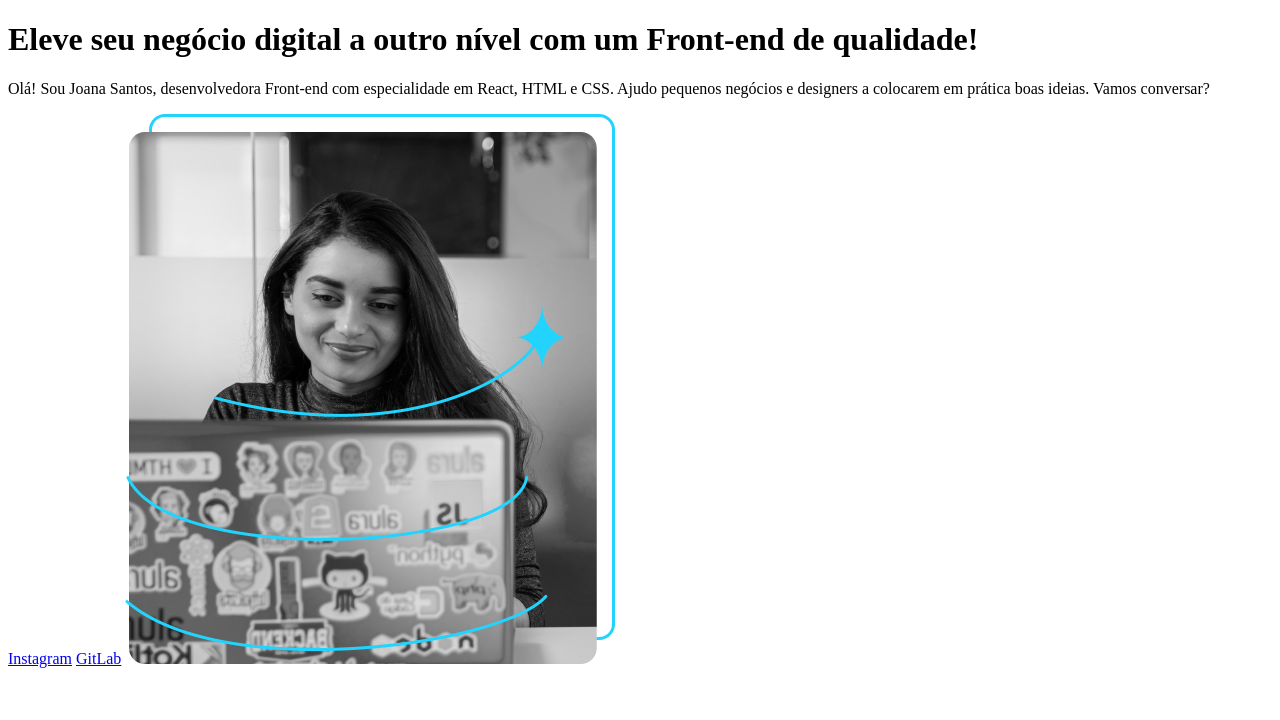
Repository: AnaFzCz/PROYECTOS-HTML---CSS2
Page: Portafolio/index.html
An editor plug-in stored every save of this project. The page is shown before and after the next save, followed by the edit.
The browser window is 1280 px wide. The pictures show the whole page.

Above is the page before, as saved 2025-01-21 06:35:11.

### Portafolio/index.html
<!DOCTYPE html>
<html lang="en">
<head>
    <meta charset="UTF-8">
    <meta http-equiv="X-UA-Compatible" content="IE=edge">
    <meta name="viewport" content="width=device-width, initial-scale=1.0">
    <title>Portafolio</title>
</head>
<body>
    <header>

    </header>
    <main>
        <h1>Eleve seu negócio digital a outro nível <strong>com um Front-end de qualidade!</strong></h1>
        <p>Olá! Sou Joana Santos, desenvolvedora Front-end com especialidade em React, HTML e CSS. Ajudo pequenos negócios e designers a colocarem em prática boas ideias. Vamos conversar?</p>
        <a href="https://instagram.com">Instagram</a>
        <a href="https://github.com/guilhermeonrails">GitLab</a>
        <img src="imagem.png" alt="homeoffice">
    </main>
    <footer></footer>
</body>
</html>

After the next save:
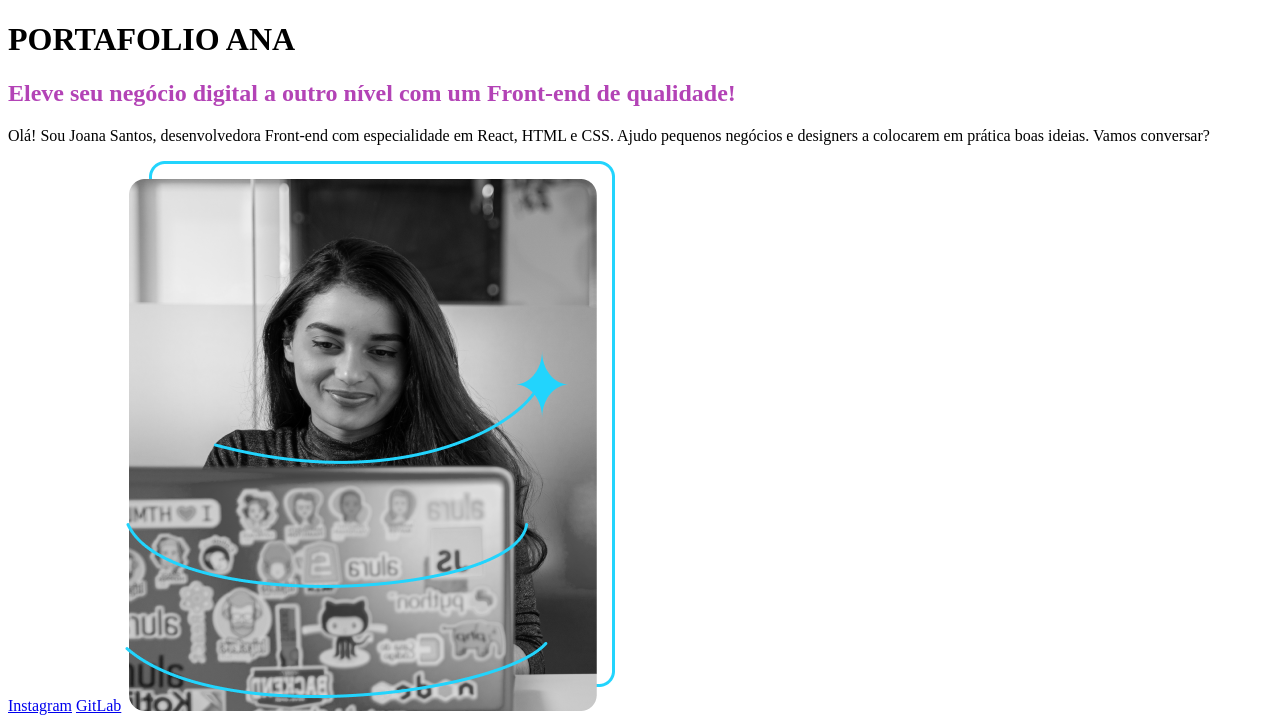
Saved 23 min 57 s later.
--- a/Portafolio/index.html
+++ b/Portafolio/index.html
@@ -11,10 +11,11 @@
 
     </header>
     <main>
-        <h1>Eleve seu negócio digital a outro nível <strong>com um Front-end de qualidade!</strong></h1>
+        <h1>PORTAFOLIO ANA</h1>
+        <h2 style="color:#B343B6">Eleve seu negócio digital a outro nível <strong>com um Front-end de qualidade!</strong></h2>
         <p>Olá! Sou Joana Santos, desenvolvedora Front-end com especialidade em React, HTML e CSS. Ajudo pequenos negócios e designers a colocarem em prática boas ideias. Vamos conversar?</p>
         <a href="https://instagram.com">Instagram</a>
-        <a href="https://github.com/guilhermeonrails">GitLab</a>
+        <a href="https://github.com/AnaFzCz">GitLab</a>
         <img src="imagem.png" alt="homeoffice">
     </main>
     <footer></footer>
